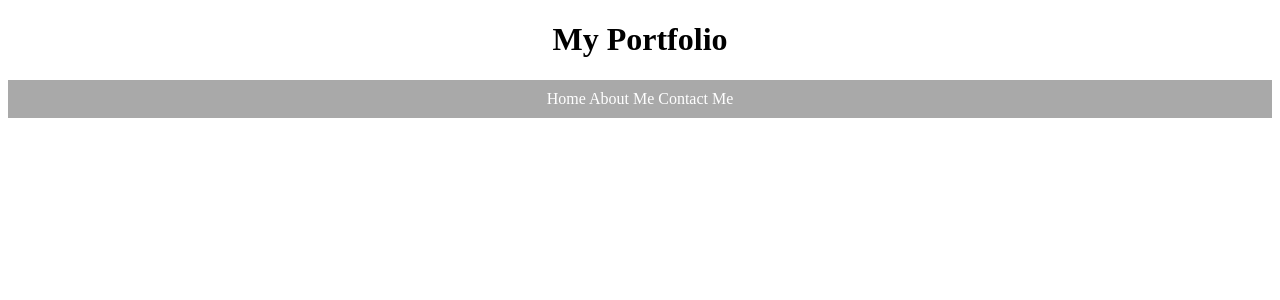
Repository: harshitanthal1/my_portfolio
Page: index.html
These files come from the project's save history. The page is drawn as it stood at one moment and after the next save; the edit follows.
The browser window is 1280 px wide. The pictures show the whole page.

Above is the page before, as saved 2024-02-04 10:27:00.

### index.html
<!DOCTYPE html>
<html lang="en">
<head>
    <meta charset="UTF-8">
    <meta name="viewport" content="width=device-width, initial-scale=1.0">
    <title>My Portfolio</title>
    <link rel="stylesheet" href="styles/styles.css" />
</head>
<body>
    <header><h1>My Portfolio</h1></header>
    <nav>
        <a href="index.html" >Home</a></li>
        <a href="aboutme.html"  >About Me</a></li>
        <a href="contactme.html" >Contact Me</a></li>
    </nav>
</body>
</html>

### styles/styles.css
header {
    text-align: center;
}

nav {
    background-color: darkgrey;
    color: white;
    padding: 10px;
    text-align: center;
}

li {
    display: inline;
    margin-right: 20px;
    margin-left: 20px;
}

a {
    text-decoration: none;
    color: white;
}

main {
    display: flex;
    flex-direction: row;
}

#profile {
    width: 29%;
    margin-right: 1%;;
    padding: 10px;
    width: 350px;
    border-right: 2px solid black;
}

#info {
    display: flex;
    width: 70%;
    justify-content: space-around;
}

.sub-box {
    width: 30%;
    border: 1.5px solid black;
    border-radius: 25px;
    padding: 10px;
}

h3 {
    text-align: center;
    border-bottom: 1.5px solid black;

}

p {
    text-align: justify;
}

img {
    border-radius: 50%;
}

h2 {
    text-align: center;
}

After the next save:
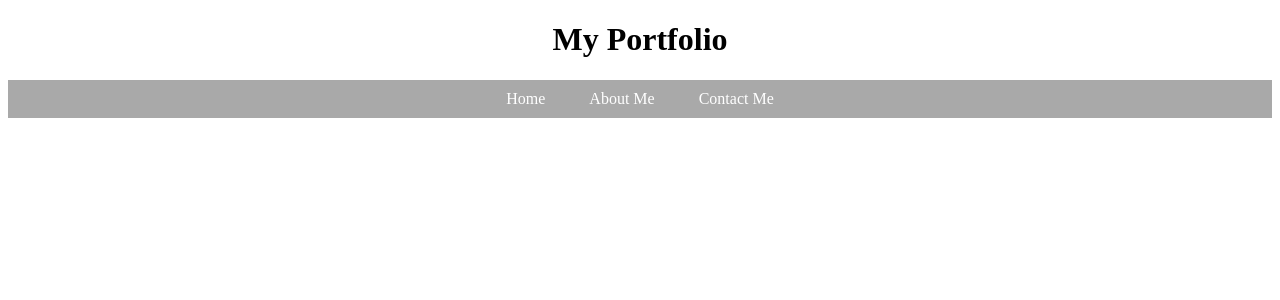
Saved 38 s later.
--- a/index.html
+++ b/index.html
@@ -9,9 +9,9 @@
 <body>
     <header><h1>My Portfolio</h1></header>
     <nav>
-        <a href="index.html" >Home</a></li>
-        <a href="aboutme.html"  >About Me</a></li>
-        <a href="contactme.html" >Contact Me</a></li>
+        <li><a href="index.html" >Home</a></li>
+        <li><a href="aboutme.html"  >About Me</a></li>
+        <li><a href="contactme.html" >Contact Me</a></li>
     </nav>
 </body>
 </html>
